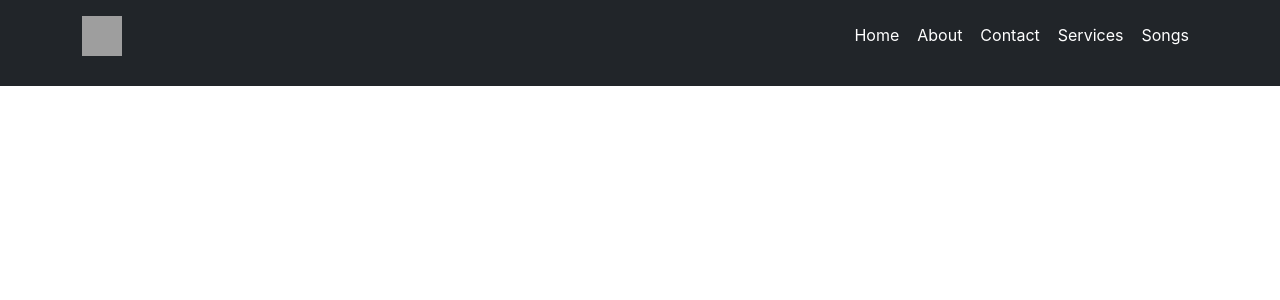
Repository: stephenkayade/cephas-musical
Page: / (app in cephas-musical/)
The author's editor kept a copy of each file at every save. The page is drawn from the files as they stood at one save, then again after a run of saves.
The browser window is 1280 px wide. The pictures show the whole page.
Pictures or frames that could not be fetched are drawn as grey boxes. The project was rebuilt for these pictures with package versions that can differ from the ones it lists, and the page was loaded fresh each time. A package was used in the major version that the imports need, not the one package.json lists. Also part of the build but not shown: cephas-musical/src/components/Master.jsx.

Above is the page before, as saved 2021-03-09 04:49:14.

After the next 2 saves:
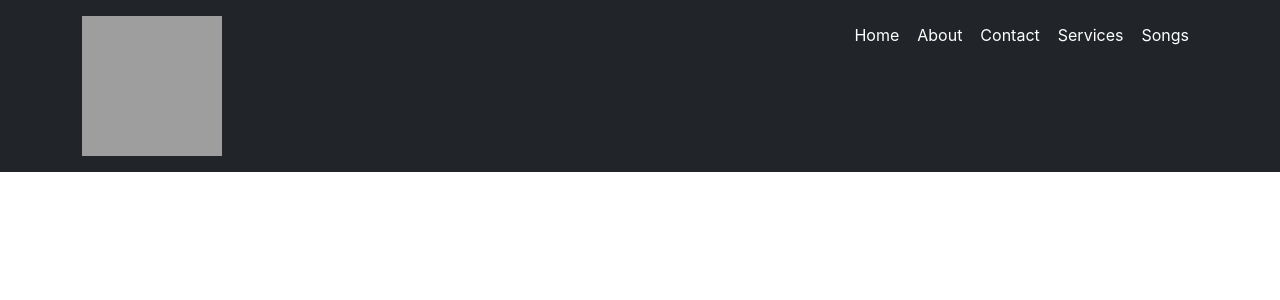
The 2 saves are shown as one change because they came seconds apart.
The last was saved 8 s later.
--- a/cephas-musical/public/css/custom.css
+++ b/cephas-musical/public/css/custom.css
@@ -3,7 +3,7 @@
 }
 
 .logo-img {
-    height: 40px;
-    width: 40px;
+    height: 140px;
+    width: 140px;
     image-rendering: 140px;
 }
